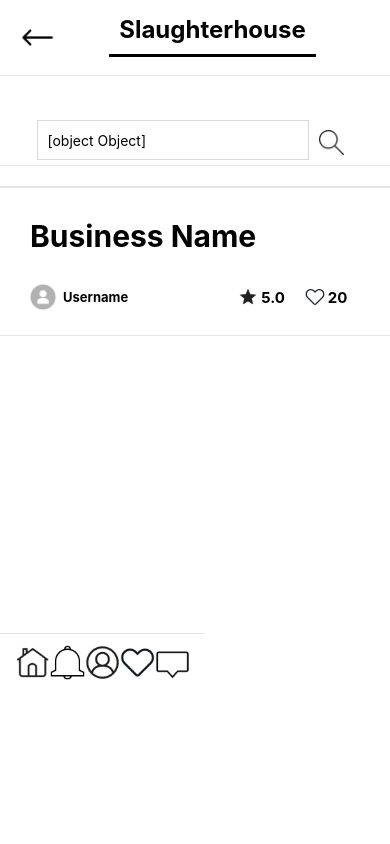
Repository: Evelyn-ZYW/FarmilyFrontEnd
Screen: / (app in react_native_app/MyApp/)
An editor plug-in stored every save of this project. The screen is shown before and after the next save, followed by the edit.
Pictures or frames that could not be fetched are drawn as grey boxes. The app was drawn by React Native's web renderer in a window 390 px wide. The project was rebuilt for these pictures with package versions that can differ from the ones it lists, and the page was loaded fresh each time. Also part of the build but not shown: react_native_app/MyApp/storybook/stories/CenterView/style.js, react_native_app/MyApp/comps/ForumPost/index.js, react_native_app/MyApp/pages/ForumBoard/index.js, react_native_app/MyApp/comps/MsgBox/index.js, react_native_app/MyApp/pages/MessageMain/index.js, react_native_app/MyApp/comps/TradePost/index.js, react_native_app/MyApp/pages/MpBoard/index.js, react_native_app/MyApp/comps/ShListing/index.js and 43 more.

Above is the screen before, as saved 2020-11-15 18:34:31.

After the next save:
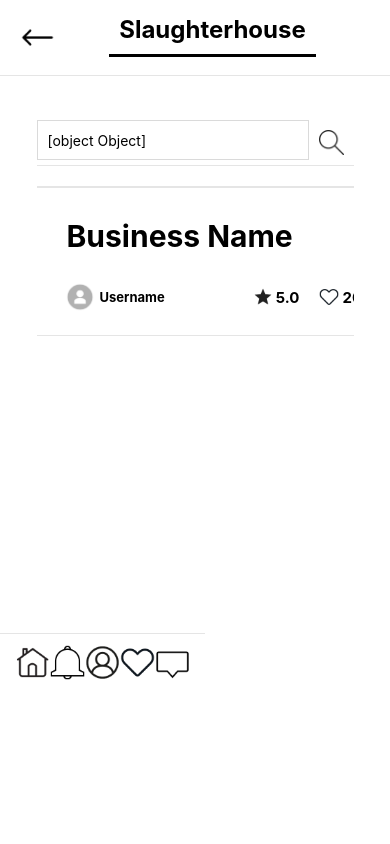
Saved 26 s later.
--- a/react_native_app/MyApp/pages/ShInfo/index.js
+++ b/react_native_app/MyApp/pages/ShInfo/index.js
@@ -27,12 +27,11 @@
     midcont:{
         display: "flex",
         marginTop:40,
-        alignItems: 'center'
+                alignSelf: "center"
     },
     continput:{
         width: 200,
-        height: 200,
-        alignSelf: "center"
+        height: 200
     },
     userinput:{
         display: "flex",

After the save that followed:
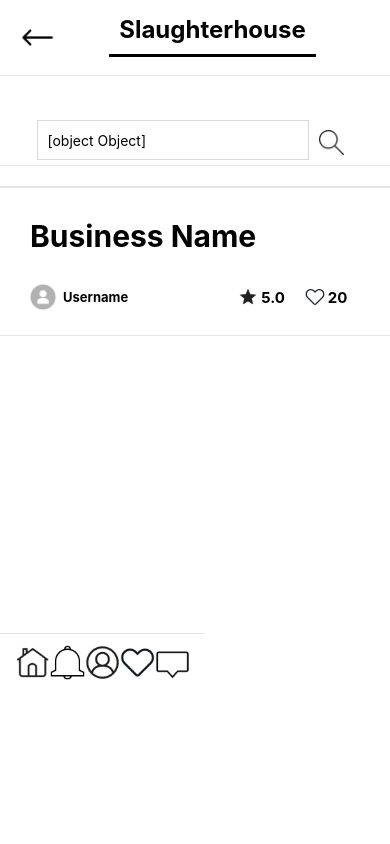
Saved 6 s later.
--- a/react_native_app/MyApp/pages/ShInfo/index.js
+++ b/react_native_app/MyApp/pages/ShInfo/index.js
@@ -27,7 +27,7 @@
     midcont:{
         display: "flex",
         marginTop:40,
-                alignSelf: "center"
+        alignItems: 'center'
     },
     continput:{
         width: 200,
